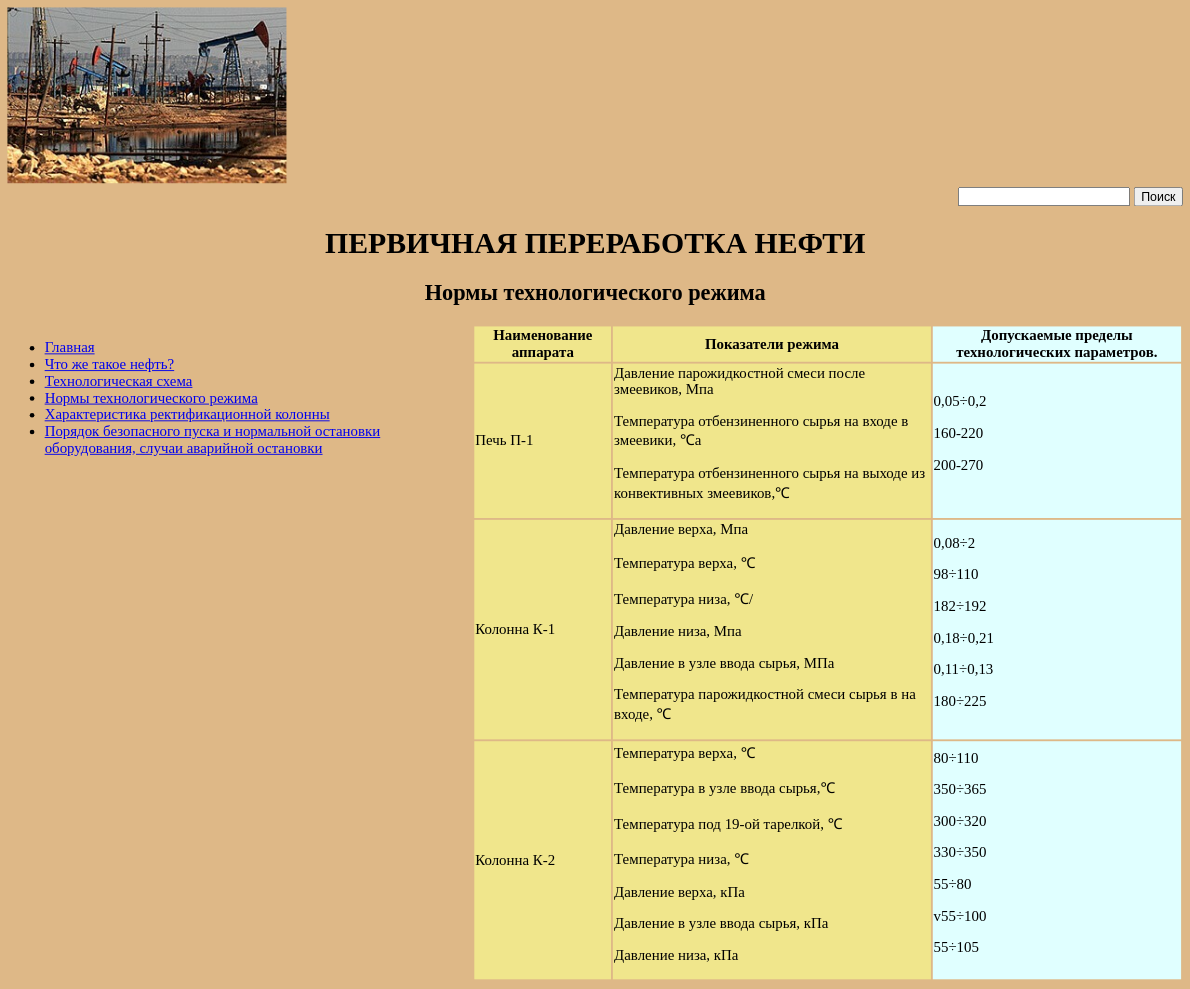
Repository: NastyaSeleznev/NastyaSeleznev.githab.io
Page: week1/norm.html
The author's editor kept a record of every edit. The page is drawn from the files as they stood at one moment, then again after the next edit.
The browser window is 1280 px wide. The pictures show the whole page, at 93% of full size.

Above is the page before.

After the next edit:
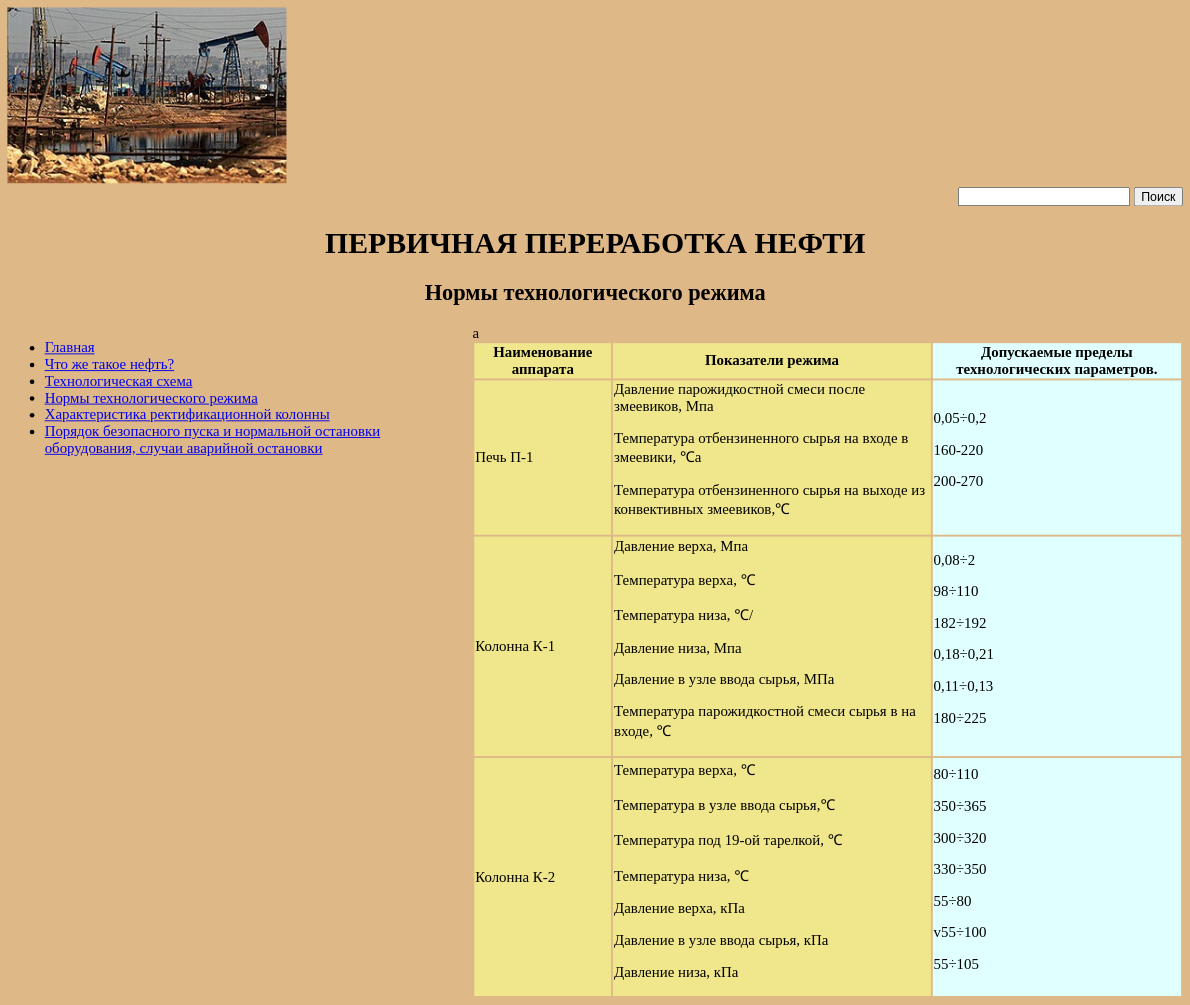
The edit:
--- a/week1/norm.html
+++ b/week1/norm.html
@@ -27,8 +27,8 @@
 	</ul>
 	</nav>
 				<main>
-				  <table>
-  <colgroup>
+				  <table>a
+				    <colgroup>
     <col span="2" style="background:Khaki"><!-- С помощью этой конструкции задаем цвет фона для первых двух столбцов таблицы-->
     <col style="background-color:LightCyan"><!-- Задаем цвет фона для следующего (одного) столбца таблицы-->
   </colgroup>

After the 2 edits that followed:
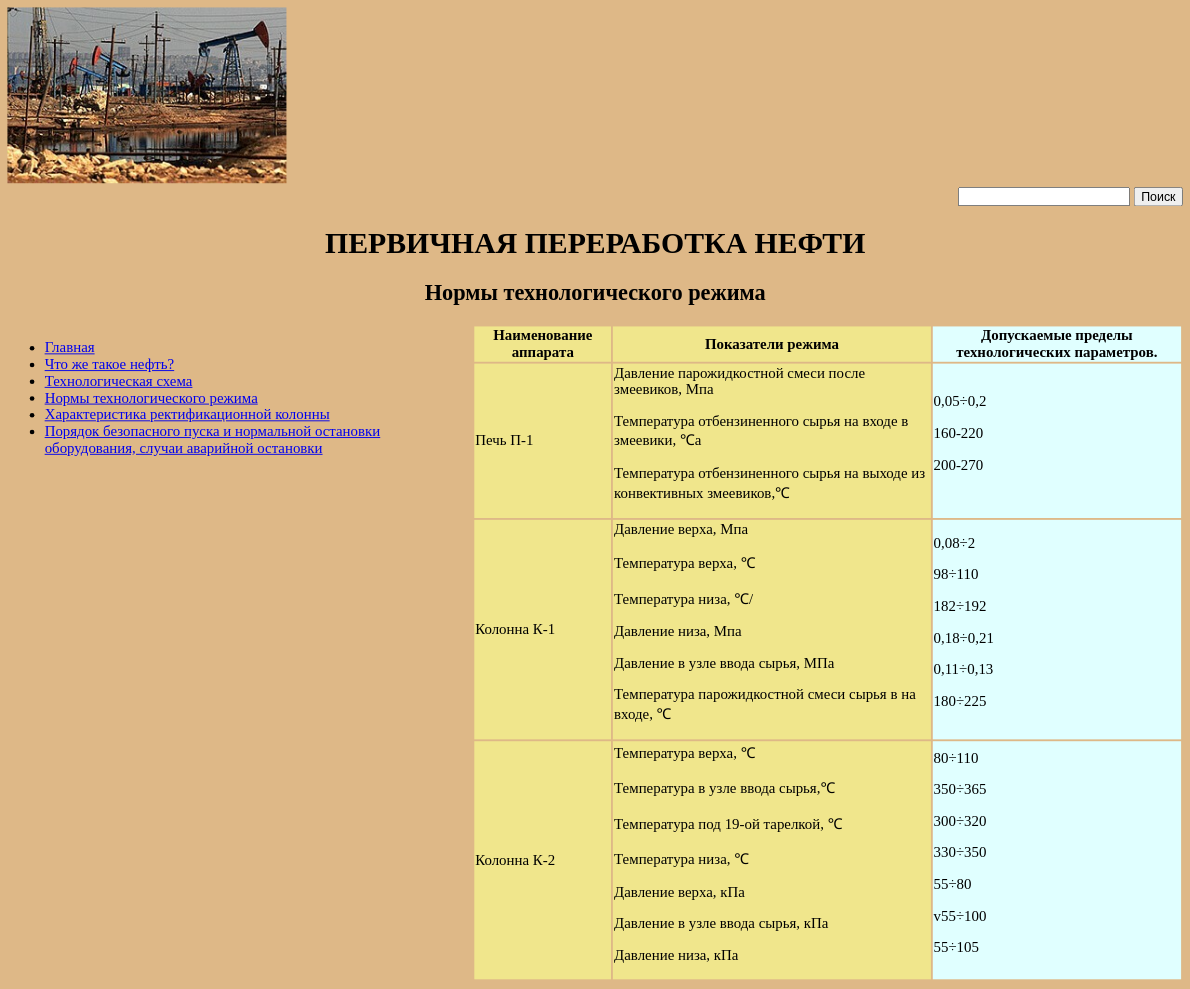
The 2 edits are shown as one change because 1 left the picture as it was.
The edit:
--- a/week1/norm.html
+++ b/week1/norm.html
@@ -27,10 +27,10 @@
 	</ul>
 	</nav>
 				<main>
-				  <table>a
+				  <table>
 				    <colgroup>
-    <col span="2" style="background:Khaki"><!-- С помощью этой конструкции задаем цвет фона для первых двух столбцов таблицы-->
-    <col style="background-color:LightCyan"><!-- Задаем цвет фона для следующего (одного) столбца таблицы-->
+    <col span="2" style="background:Khaki">
+    <col style="background-color:LightCyan">
   </colgroup>
   <tr>
     <th>Наименование аппарата</th>
